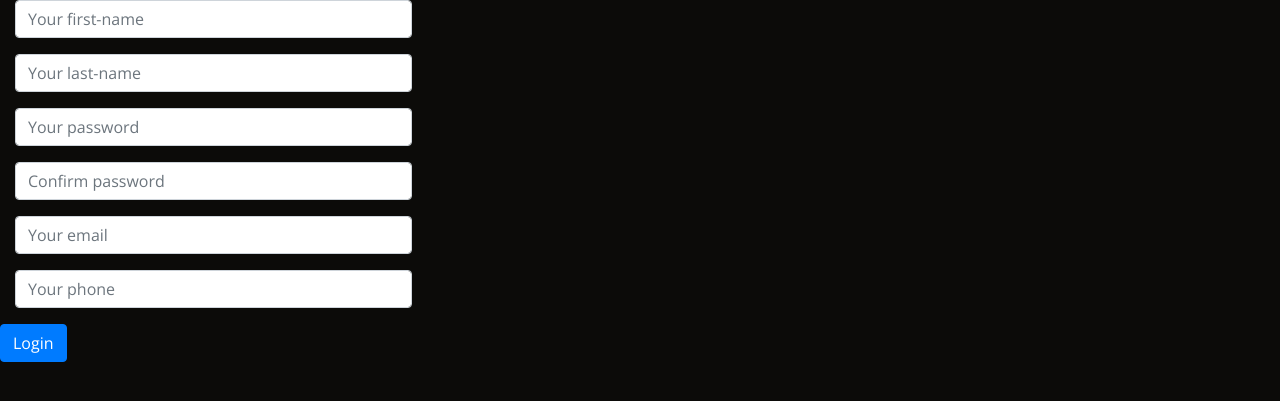
Repository: Amalraveendran/Amal
Page: http://localhost/cakehub/deliveryPartner.jsp
These files come from the project's save history. The page is drawn as it stood at one moment and after the next save; the edit follows.
The browser window is 1280 px wide. The pictures show the whole page.
Some web fonts or font styles are not loaded; a fallback is used. The page is served by Tomcat 9. Other server files are loaded and not shown.

Above is the page before, as saved 2021-01-30 07:22:32.

### Eclipse Workspace/cakehub/WebContent/deliveryPartner.jsp
<%@ page language="java" contentType="text/html; charset=ISO-8859-1"
    pageEncoding="ISO-8859-1"%>
<!DOCTYPE html>
<html>
<head>
<meta charset="ISO-8859-1">
<title>Delivery Partner Registration</title>
<link href="assets/img/back.jpg" rel="icon">
  <link href="assets/img/index.jpg" rel="apple-touch-icon">

  <!-- Google Fonts -->
  <link href="https://fonts.googleapis.com/css?family=Open+Sans:300,300i,400,400i,600,600i,700,700i|Playfair+Display:ital,wght@0,400;0,500;0,600;0,700;1,400;1,500;1,600;1,700|Poppins:300,300i,400,400i,500,500i,600,600i,700,700i" rel="stylesheet">

  <!-- Vendor CSS Files -->
  <link href="assets/vendor/bootstrap/css/bootstrap.min.css" rel="stylesheet">
  <link href="assets/vendor/icofont/icofont.min.css" rel="stylesheet">
  <link href="assets/vendor/boxicons/css/boxicons.min.css" rel="stylesheet">
  <link href="assets/vendor/animate.css/animate.min.css" rel="stylesheet">
  <link href="assets/vendor/owl.carousel/assets/owl.carousel.min.css" rel="stylesheet">
  <link href="assets/vendor/venobox/venobox.css" rel="stylesheet">
  <link href="assets/vendor/aos/aos.css" rel="stylesheet">

  <!-- Template Main CSS File -->
  <link href="assets/css/style.css" rel="stylesheet">
</head>
<body>


<div>
<form action="DeliveryPartnerDao" >

            <div class="col-lg-4 col-md-6 form-group">
              <input type="text" class="form-control" name="fname" id="fname" placeholder="Your first-name" data-rule="email" data-msg="Please enter a valid email">

            </div>
             <div class="col-lg-4 col-md-6 form-group">
              <input type="text" class="form-control" name="lname" id="lname" placeholder="Your last-name" data-rule="email" data-msg="Please enter a valid email">

            </div>
            <div class="col-lg-4 col-md-6 form-group">
              <input type="password" class="form-control" name="pwd" id="pwd" placeholder="Your password" data-rule="minlen:4" data-msg="Please enter at least 4 chars">
			</div>
			 <div class="col-lg-4 col-md-6 form-group">
              <input type="password" class="form-control" name="pwd" id="cpwd" placeholder="Confirm password" data-rule="minlen:4" data-msg="Please enter at least 4 chars">
			</div>

			  <div class="col-lg-4 col-md-6 form-group">
              <input type="email" class="form-control" name="uname" id="email" placeholder="Your email" data-rule="email" data-msg="Please enter a valid email">

            </div>
	 <div class="col-lg-4 col-md-6 form-group">
              <input type="text" class="form-control" name="number" id="uname" placeholder="Your phone" data-rule="email" data-msg="Please enter a valid email">

            </div>

            <input type="submit" class="btn btn-primary" value="Login">



</form>
 </div>



<script src="assets/vendor/jquery/jquery.min.js"></script>
  <script src="assets/vendor/bootstrap/js/bootstrap.bundle.min.js"></script>
  <script src="assets/vendor/jquery.easing/jquery.easing.min.js"></script>
  <script src="assets/vendor/php-email-form/validate.js"></script>
  <script src="assets/vendor/owl.carousel/owl.carousel.min.js"></script>
  <script src="assets/vendor/isotope-layout/isotope.pkgd.min.js"></script>
  <script src="assets/vendor/venobox/venobox.min.js"></script>
  <script src="assets/vendor/aos/aos.js"></script>

  <!-- Template Main JS File -->
  <script src="assets/js/main.js"></script>
</body>
</html>

Loaded but not shown: Eclipse Workspace/cakehub/WebContent/assets/js/main.js (220 lines, source omitted); Eclipse Workspace/cakehub/WebContent/assets/css/style.css (1797 lines, source omitted)

After the next save:
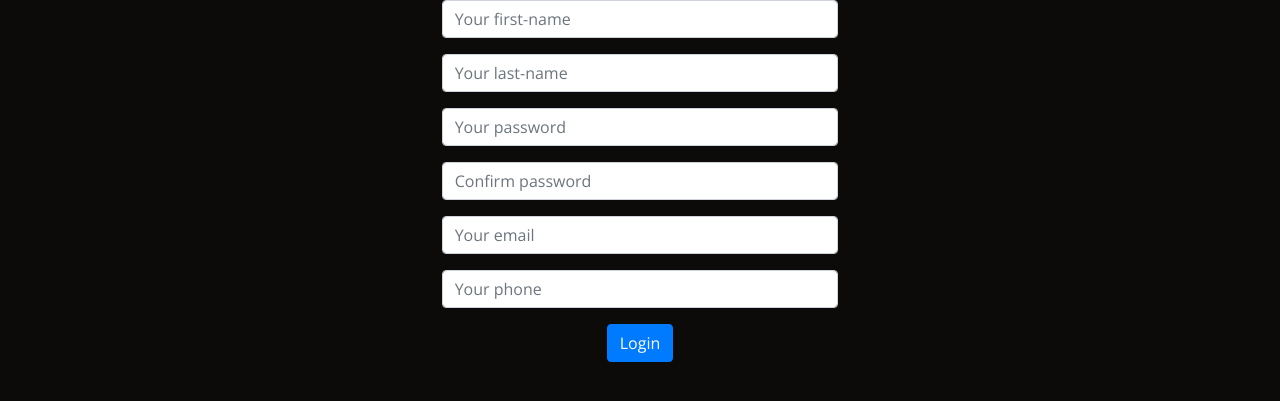
Saved 30 s later.
--- a/Eclipse Workspace/cakehub/WebContent/deliveryPartner.jsp
+++ b/Eclipse Workspace/cakehub/WebContent/deliveryPartner.jsp
@@ -25,8 +25,8 @@
 </head>
 <body>
 
-
-<div>
+<center>
+<div >
 <form action="DeliveryPartnerDao" >
 
             <div class="col-lg-4 col-md-6 form-group">
@@ -59,7 +59,7 @@
 
 </form>
  </div>
-
+</center>
 
 
 <script src="assets/vendor/jquery/jquery.min.js"></script>
